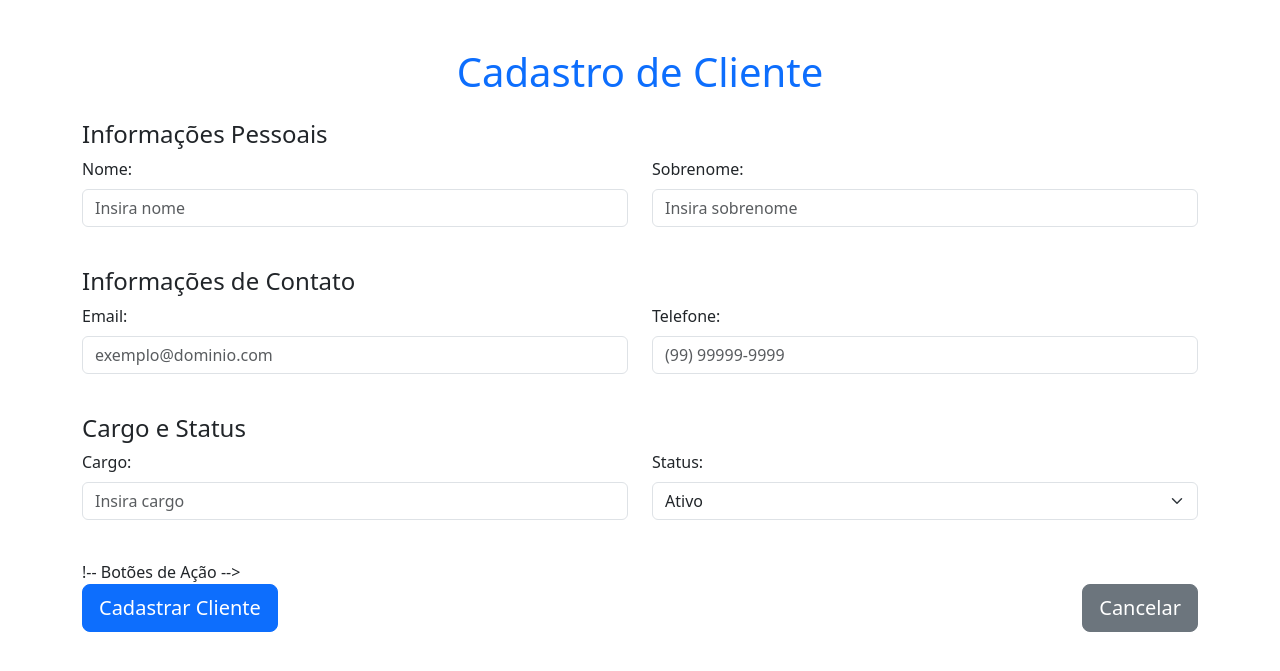
Repository: claudinez/kaspper-projeto-orcamento
Page: http://localhost/clientes/formulario
These files come from the project's save history. The page is drawn as it stood at one moment and after the next save; the edit follows.
The browser window is 1280 px wide. The pictures show the whole page.
The page is this project's Thymeleaf template; nobody is signed in. The template is opened directly, without the code that normally fills it, so the values that code supplies are empty.

Above is the page before, as saved 2025-01-24 21:50:38.

### projeto_kaspper_back_end-main/sistema_servicos/sistema_servicos/src/main/resources/templates/clientes/formulario.html
<!DOCTYPE html>
<html lang="pt-br" xmlns:th="http://www.thymeleaf.org">
<head>
    <meta charset="UTF-8">
    <meta name="viewport" content="width=device-width, initial-scale=1.0">
    <title>Cadastro de Cliente</title>
    <link href="https://cdn.jsdelivr.net/npm/bootstrap@5.3.0/dist/css/bootstrap.min.css" rel="stylesheet">
</head>
<body>
<div class="container mt-5">
    <h1 class="text-center mb-4 text-primary">Cadastro de Cliente</h1>

    <!-- Formulário de Cliente -->

    <form th:action="@{/clientes/salvar}" th:object="${cliente}" method="post">

        <input type="hidden" th:field="*{id}"/>

        <!-- Informações Pessoais -->
        <div class="mb-4">
            <h4>Informações Pessoais</h4>
            <div class="row">
                <div class="col-md-6 col-12 mb-3">
                    <label for="nome" class="form-label">Nome:</label>
                    <input type="text" class="form-control" id="nome" th:field="*{nome}" maxlength="50" placeholder="Insira nome" required />
                </div>
                <div class="col-md-6 col-12 mb-3">
                    <label for="sobrenome" class="form-label">Sobrenome:</label>
                    <input type="text" class="form-control" id="sobrenome" th:field="*{sobrenome}" maxlength="50" placeholder="Insira sobrenome" required />
                </div>
            </div>
        </div>

       <!-- Informações de Contato -->
        <div class="mb-4">
            <h4>Informações de Contato</h4>
            <div class="row">
                <div class="col-md-6 col-12 mb-3">
                    <label for="email" class="form-label">Email:</label>
                    <input type="email" class="form-control" id="email" th:field="*{email}" maxlength="150" placeholder="exemplo@dominio.com" required />
                </div>
                <div class="col-md-6 col-12 mb-3">
                    <label for="telefone" class="form-label">Telefone:</label>
                    <input type="text" class="form-control" id="telefone" th:field="*{telefone}" maxlength="15" placeholder="(99) 99999-9999" />
                </div>
            </div>
        </div>

         <!-- Cargo e Status -->
        <div class="mb-4">
            <h4>Cargo e Status</h4>
            <div class="row">
                <div class="col-md-6 col-12 mb-3">
                    <label for="cargo" class="form-label">Cargo:</label>
                    <input type="text" class="form-control" id="cargo" th:field="*{cargo}" maxlength="30" placeholder="Insira cargo" />
                </div>
                <div class="col-md-6 col-12 mb-3">
                    <label for="status" class="form-label">Status:</label>
                    <select class="form-select" id="status" th:field="*{status}">
                        <option value="Aberto">Ativo</option>
                        <option value="Fechado">Inativo</option>
                        <option value="Aguardando">Aguardando</option>
                    </select>
                </div>
            </div>
        </div>

       !-- Botões de Ação -->
        <div class="d-flex justify-content-between">
            <button type="submit" class="btn btn-primary btn-lg">Cadastrar Cliente</button>
            <a href="@{/clientes/lista}" class="btn btn-secondary btn-lg">Cancelar</a>
        </div>
    </form>

</div>

<script src="https://cdn.jsdelivr.net/npm/bootstrap@5.3.0/dist/js/bootstrap.bundle.min.js"></script>
</body>
</html>

After the next save:
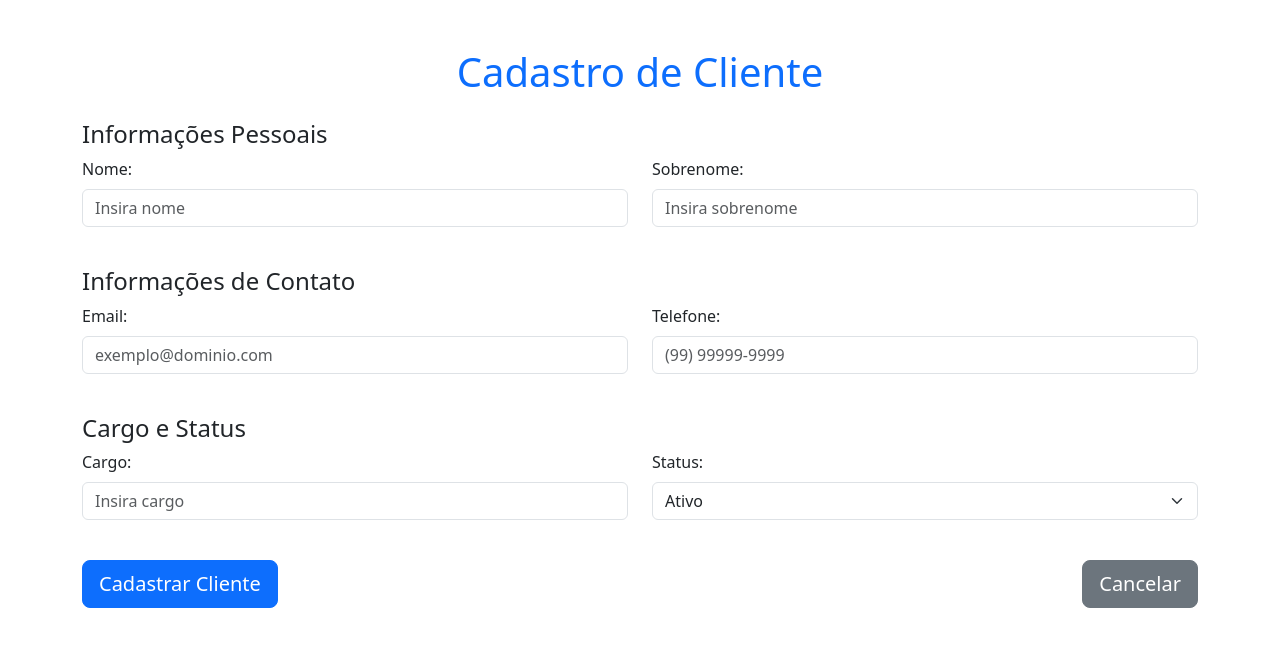
Saved 53 s later.
--- a/projeto_kaspper_back_end-main/sistema_servicos/sistema_servicos/src/main/resources/templates/clientes/formulario.html
+++ b/projeto_kaspper_back_end-main/sistema_servicos/sistema_servicos/src/main/resources/templates/clientes/formulario.html
@@ -65,7 +65,7 @@
             </div>
         </div>
 
-       !-- Botões de Ação -->
+       <!-- Botões de Ação -->
         <div class="d-flex justify-content-between">
             <button type="submit" class="btn btn-primary btn-lg">Cadastrar Cliente</button>
             <a href="@{/clientes/lista}" class="btn btn-secondary btn-lg">Cancelar</a>
